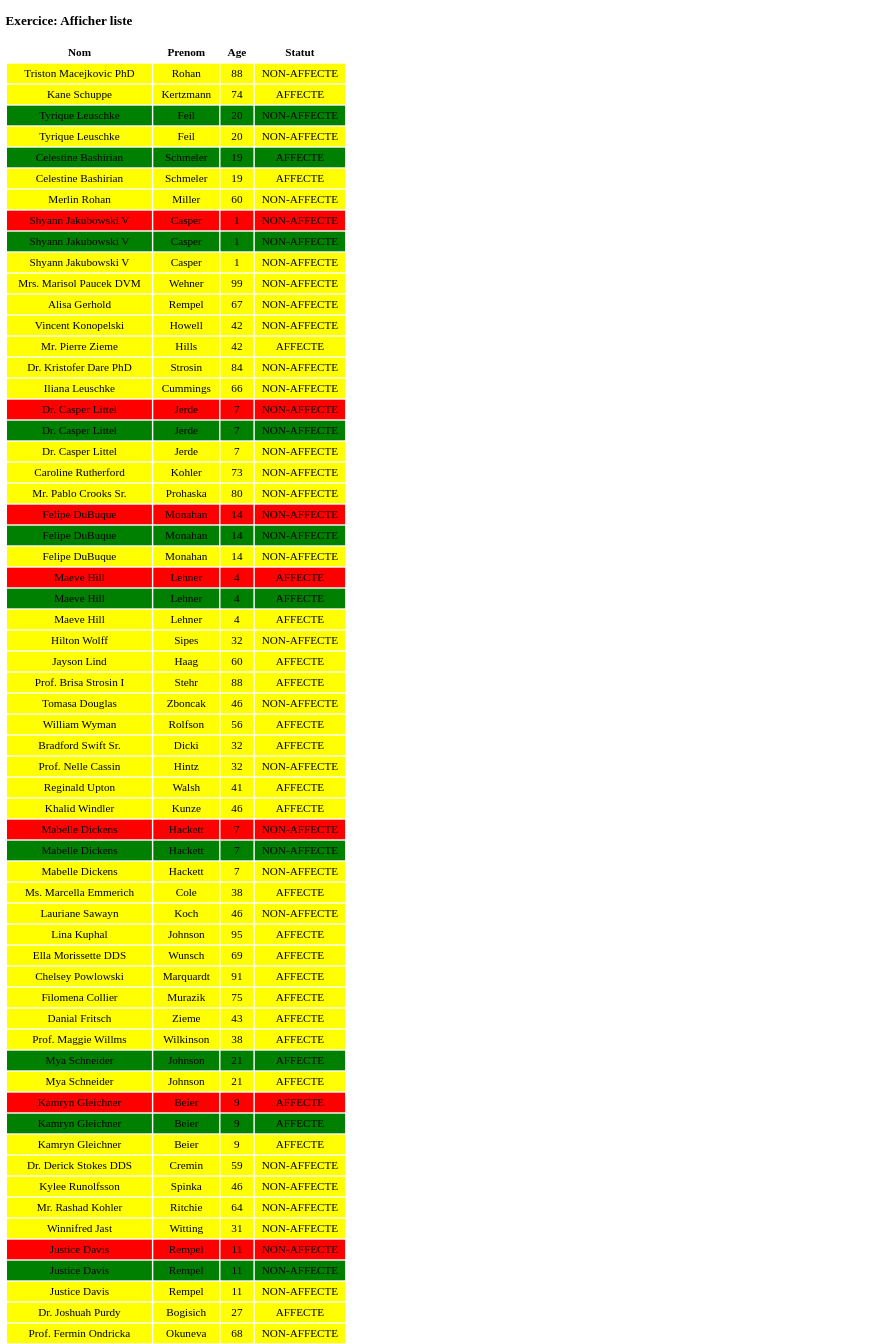
Repository: Bfabien99/PHPREPO
Page: http://localhost/
The author's editor kept a copy of each file at every save. The page is drawn from the files as they stood at one save, then again after the next save.
The browser window is 1280 px wide. The pictures show the part of the page from y = 0 to 1920 px (the page is 4029 px tall), at 70% of full size.
The page is run by PHP 8.4 with error messages shown; the project is at /var/www/html/.

Above is the page before, as saved 2021-12-10 10:45:19.

After the next save:
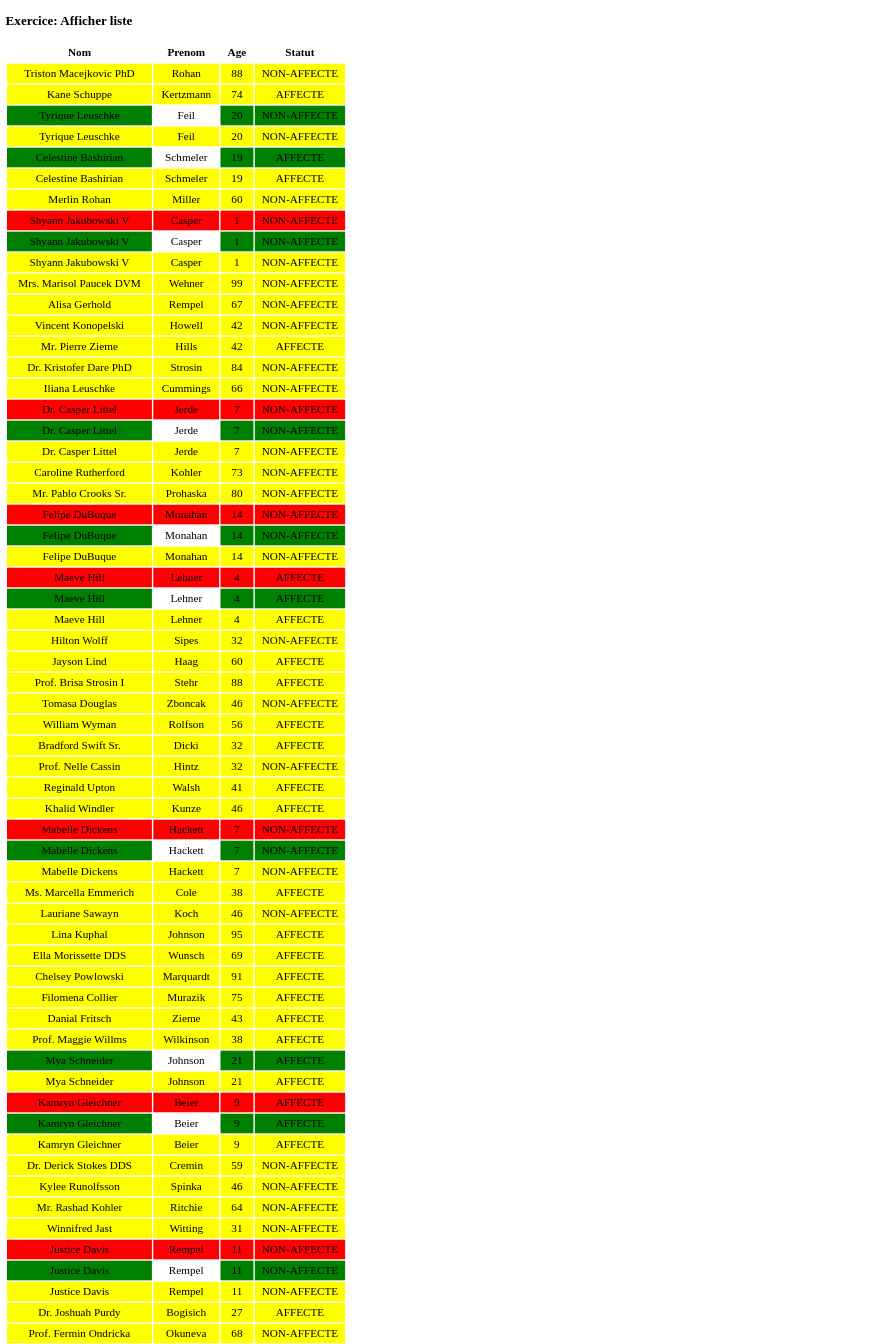
Saved 119 s later.
--- a/MakeFakeData/src/index.php
+++ b/MakeFakeData/src/index.php
@@ -71,7 +71,7 @@ while($i<= 100) {
 
                 case $value["age"]>18 && $value["age"]<25:
                     echo '<tr><td class="green">'.$value["nom"].'</td>
-                    <td class="green">'.$value["prenom"].'</td>
+                    <td >'.$value["prenom"].'</td>
                     <td class="green">'.$value["age"].'</td>
                     <td class="green">'.$value["statut"].'</td>
                     </tr>';
